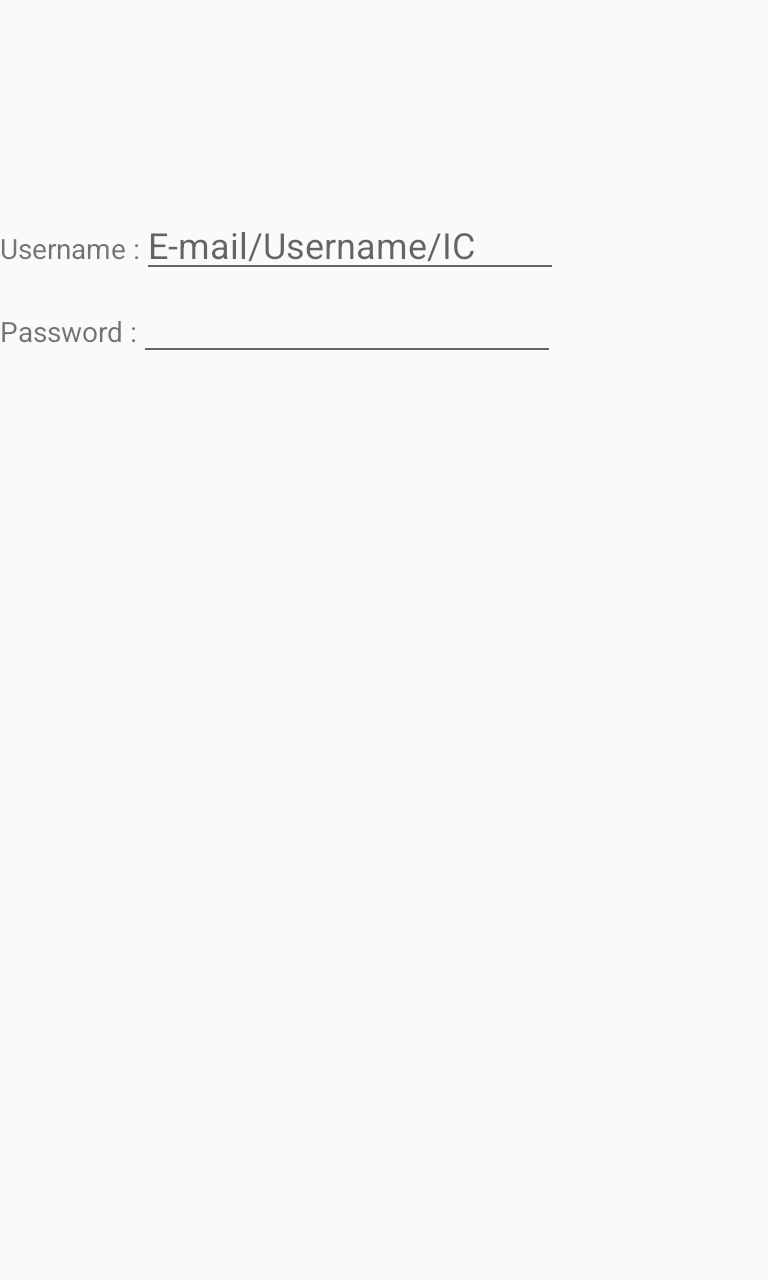
Repository: JodyCoolit/android
Layout: Delivery/res/layout/activity_signup.xml
The author's editor kept a copy of each file at every save. The layout is drawn from the files as they stood at one save, then again after the next save.
It is drawn on a 768 x 1280 px phone screen (xhdpi) without system bars, with theme AppTheme; the app's code is not run.

Above is the layout before, as saved 2014-08-22 01:53:30.

After the next save:
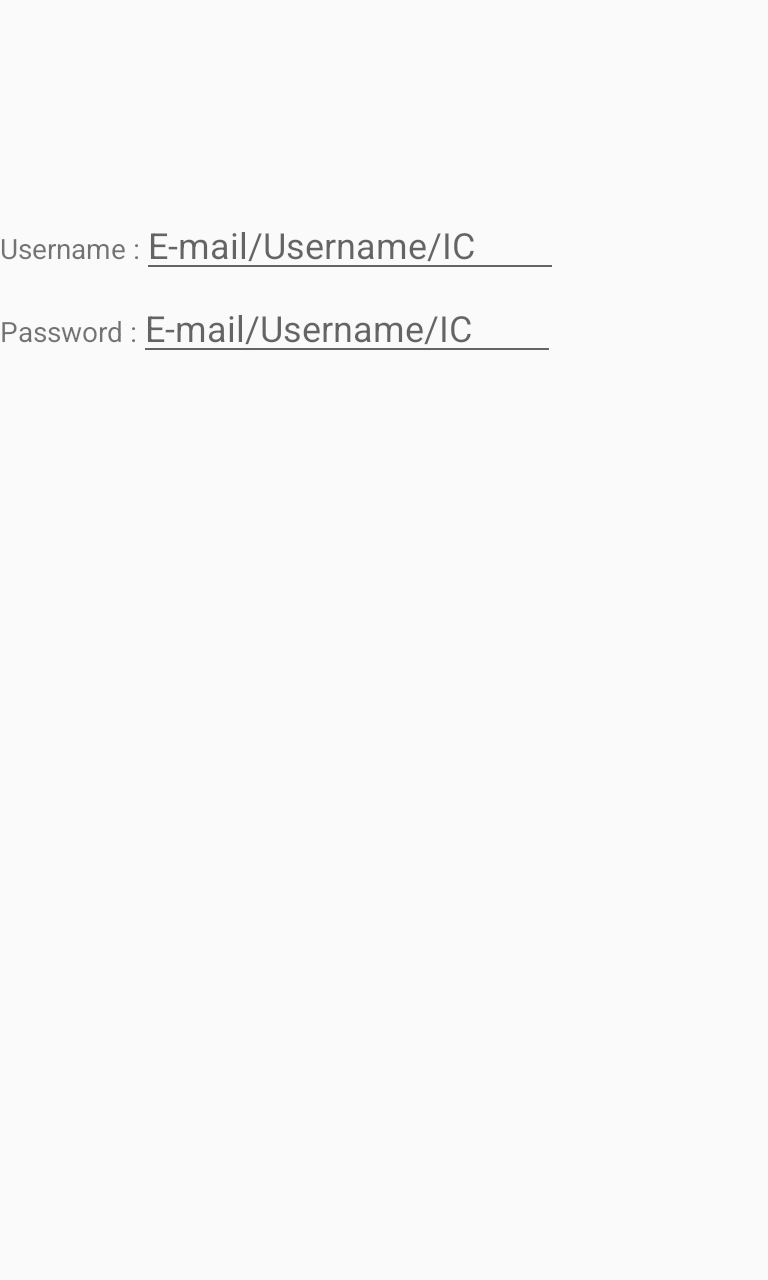
Saved 102 s later.
--- a/Delivery/res/layout/activity_signup.xml
+++ b/Delivery/res/layout/activity_signup.xml
@@ -39,6 +39,7 @@
 		    android:layout_width="wrap_content"
 		    android:layout_height="wrap_content"
 		    android:ems="10"
-		    android:inputType="textPassword" />
+		    android:inputType="textPassword"
+		    android:hint="@string/hint_signup_username" />
 	</LinearLayout>
 </LinearLayout>
